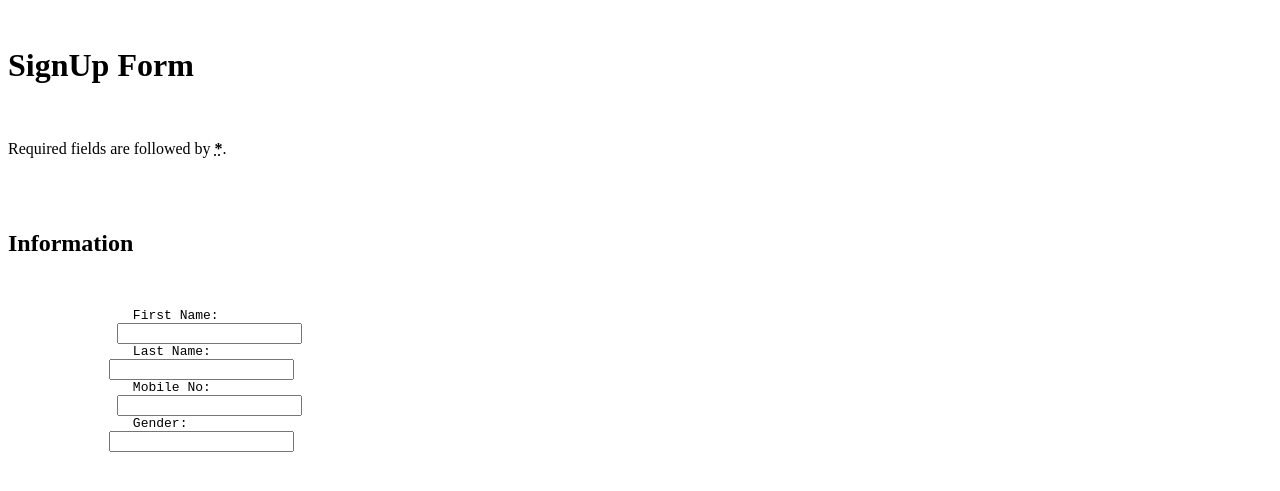
Repository: USChaurasiya/SpringCore
Page: http://localhost/SpringExample/
An editor plug-in stored every save of this project. The page is shown before and after the next save, followed by the edit.
The browser window is 1280 px wide. The pictures show the whole page.
The page is served by Tomcat 9. Other server files are loaded and not shown.

Above is the page before, as saved 2017-02-14 07:31:53.

### SpringExample/WebContent/Signup.jsp
<%@ page language="java" contentType="text/html; charset=UTF-8"
	pageEncoding="UTF-8"%>
<!DOCTYPE html PUBLIC "-//W3C//DTD HTML 4.01 Transitional//EN" "http://www.w3.org/TR/html4/loose.dtd">
<html>
<head>
<meta http-equiv="Content-Type" content="text/html; charset=UTF-8">
<title>Insert title here</title>
</head>
<body>


	<form action="signup.do" method="post">

		<h1>SignUp Form</h1>

		<p>
			Required fields are followed by <strong><abbr
				title="required">*</abbr></strong>.
		</p>

		<section>
		<h2>Information</h2>
		           <pre>
                <span>First Name: </span>
              <input type="text" name="fname">
                <span>Last Name: </span>
             <input type="text" name="lname">
                <span>Mobile No: </span>
              <input type="text" name="mobile">
                <span>Gender: </span>
             <input type="text" name="gender">
</pre>         </section>

	</form>

</body>
</html>

After the next save:
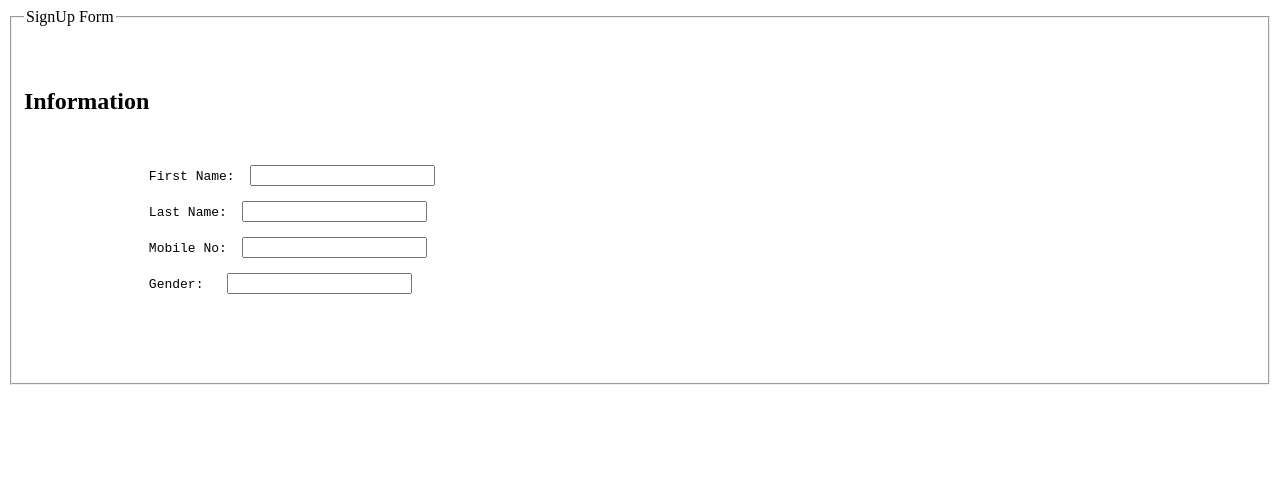
Saved 2 min 35 s later.
--- a/SpringExample/WebContent/Signup.jsp
+++ b/SpringExample/WebContent/Signup.jsp
@@ -10,27 +10,26 @@
 
 
 	<form action="signup.do" method="post">
+	<fieldset>
 
-		<h1>SignUp Form</h1>
+		<legend >SignUp Form</legend>
 
-		<p>
-			Required fields are followed by <strong><abbr
-				title="required">*</abbr></strong>.
-		</p>
+
 
 		<section>
 		<h2>Information</h2>
-		           <pre>
-                <span>First Name: </span>
-              <input type="text" name="fname">
-                <span>Last Name: </span>
-             <input type="text" name="lname">
-                <span>Mobile No: </span>
-              <input type="text" name="mobile">
-                <span>Gender: </span>
-             <input type="text" name="gender">
-</pre>         </section>
+		      <pre>
+                <span>First Name: </span> <input type="text" name="fname">
 
+                <span>Last Name: </span> <input type="text" name="lname">
+
+                <span>Mobile No: </span> <input type="text" name="mobile">
+
+                <span>Gender: </span>  <input type="text" name="gender">
+
+			</pre>
+			 </section>
+		     </fieldset>
 	</form>
 
 </body>
